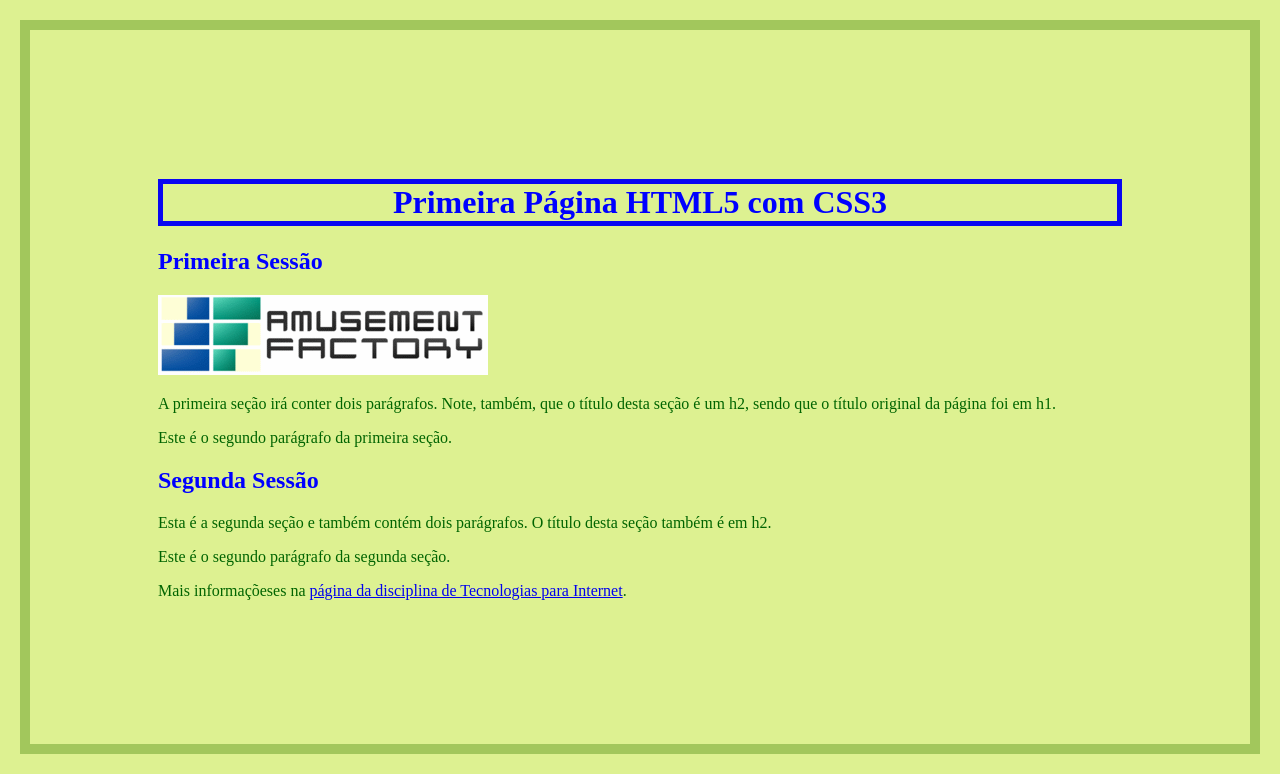
Repository: joao-laercio/DevWeb_BackEnd
Page: Aula_data_08/index2.html
The author's editor kept a copy of each file at every save. The page is drawn from the files as they stood at one save, then again after the next save.
The browser window is 1280 px wide. The pictures show the whole page.

Above is the page before, as saved 2022-07-08 16:35:12.

After the next save:
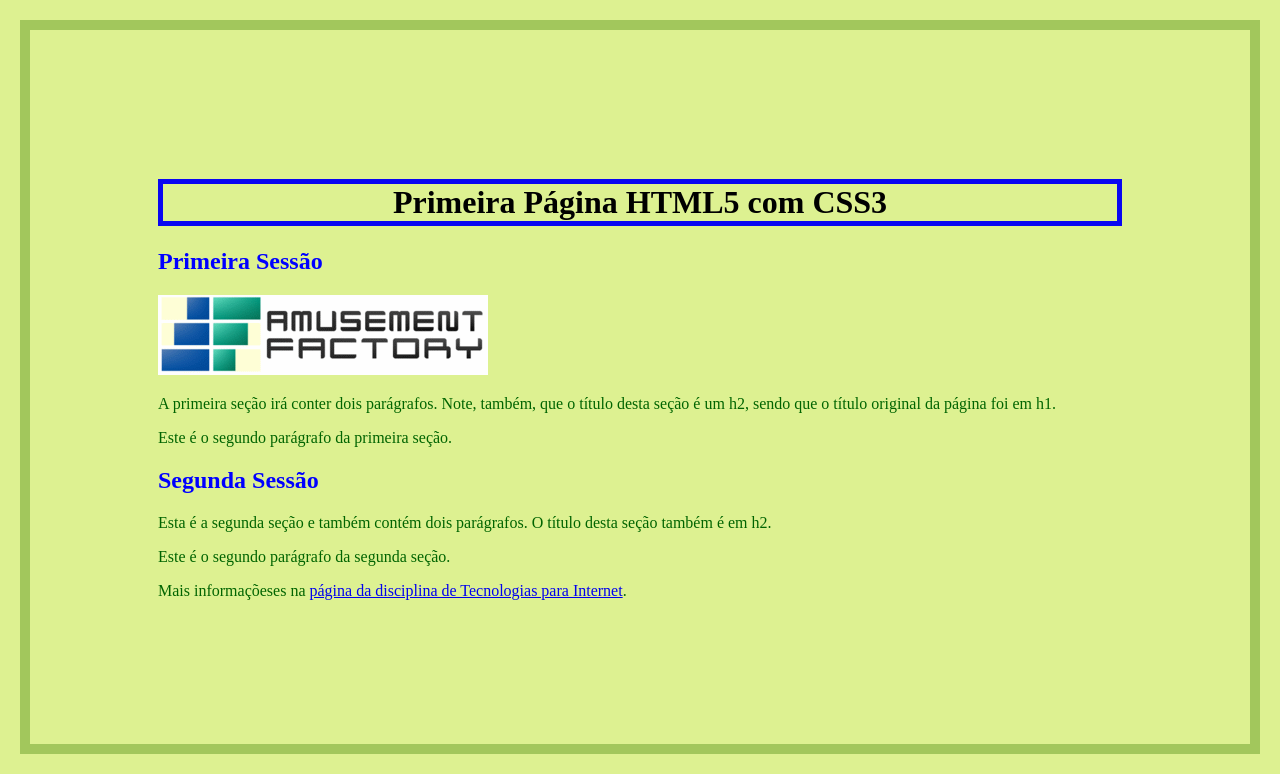
Saved 23 s later.
--- a/Aula_data_08/estilo.css
+++ b/Aula_data_08/estilo.css
@@ -1,4 +1,4 @@
-h1, h2 {
+h2 {
     color: blue;
 }
 body {
